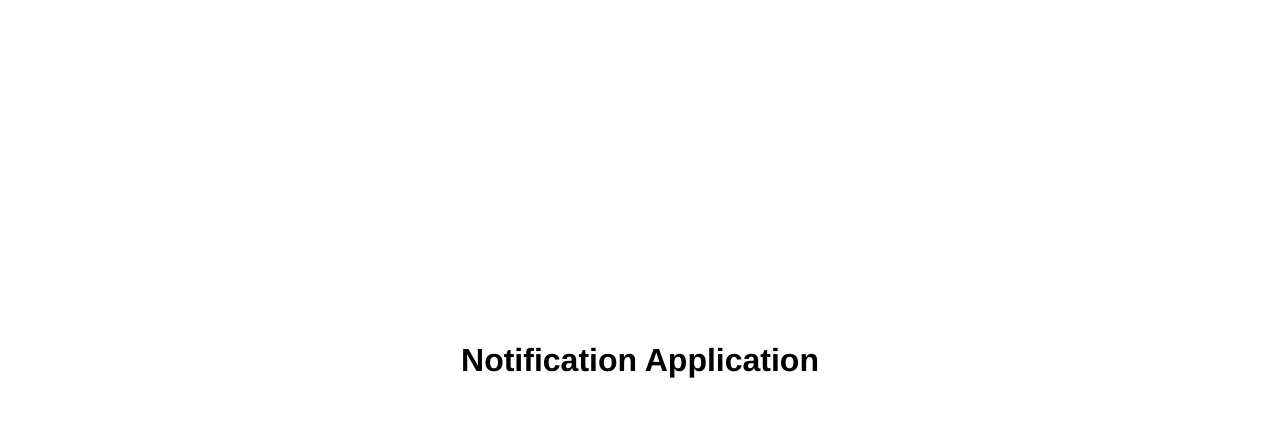
Repository: ThabangMpiti/notification3
Page: / (app in notipopu/)
The author's editor kept a copy of each file at every save. The page is drawn from the files as they stood at one save, then again after the next save.
The browser window is 1280 px wide. The pictures show the whole page.
The project was rebuilt for these pictures with package versions that can differ from the ones it lists, and the page was loaded fresh each time.

Above is the page before, as saved 2023-07-17 02:55:18.

### notipopu/src/index.css
*{
  margin: 0;
  padding: 0;
  box-sizing: border-box;
  font-family: 'Franklin Gothic Medium', 'Arial Narrow', Arial, sans-serif;
}
main {
  padding: 32px;
  display: flex;
  flex-direction: column;
  align-items: center;
  justify-content: center;
  min-height: 100vh;
}

### notipopu/src/App.js


function App() {
  return (
    <div className="App">
    <main><h1>Notification Application</h1></main>
    </div>
  );
}

export default App;

Loaded but not shown: notipopu/src/index.js (common file)

After the next save:
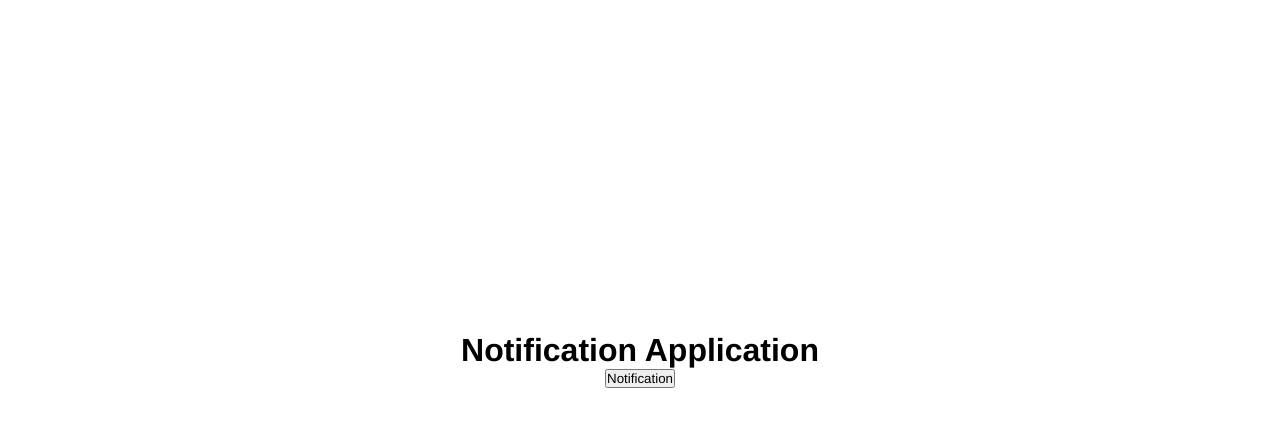
Saved 73 s later.
--- a/notipopu/src/App.js
+++ b/notipopu/src/App.js
@@ -3,7 +3,10 @@
 function App() {
   return (
     <div className="App">
-    <main><h1>Notification Application</h1></main>
+    <main>
+      <h1>Notification Application</h1>
+      <button>Notification</button>
+      </main>
     </div>
   );
 }
